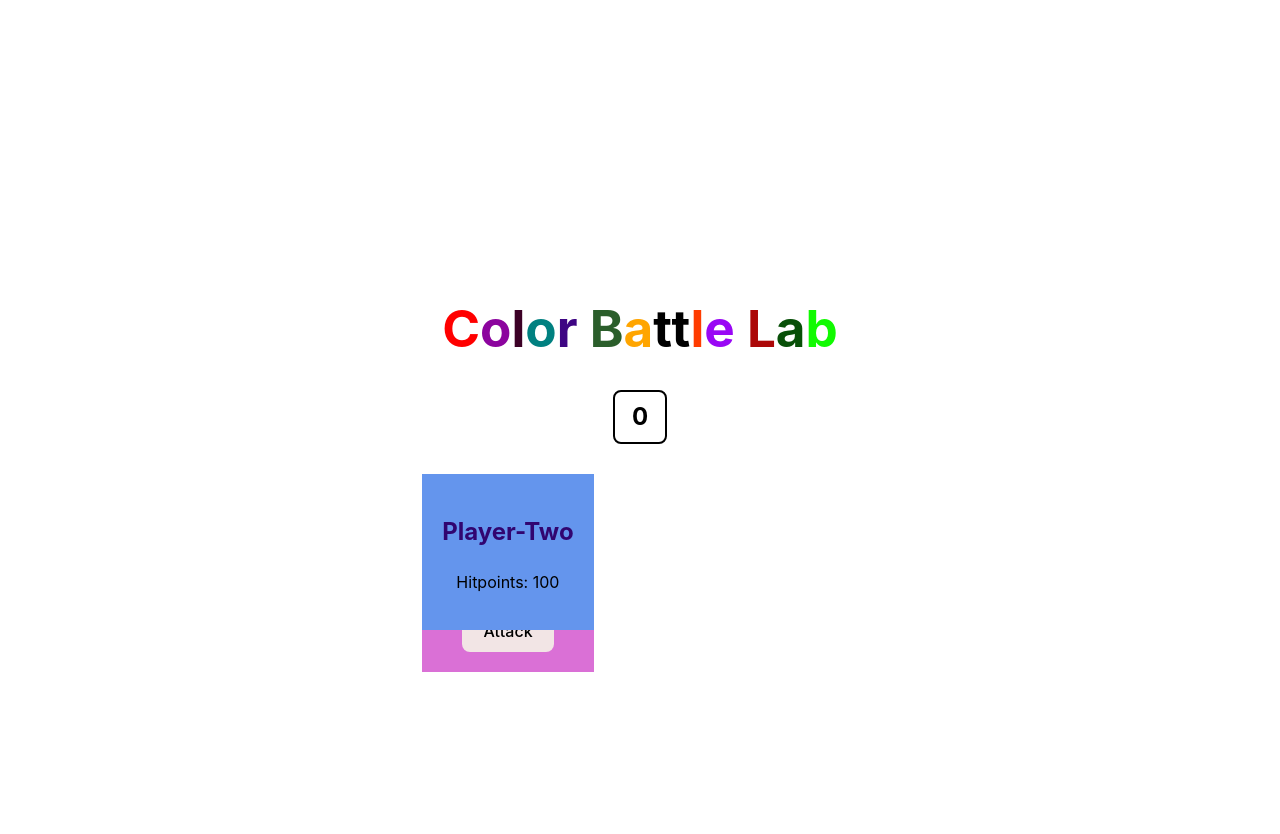
Repository: RAWdevX21/color-battle_lab-build
Page: /
The author's editor kept a copy of each file at every save. The page is drawn from the files as they stood at one save, then again after the next save.
The browser window is 1280 px wide. The pictures show the whole page.
The project was rebuilt for these pictures with package versions that can differ from the ones it lists, and the page was loaded fresh each time. Also part of the build but not shown: vite.config.js.

Above is the page before, as saved 2023-08-17 03:02:52.

After the next save:
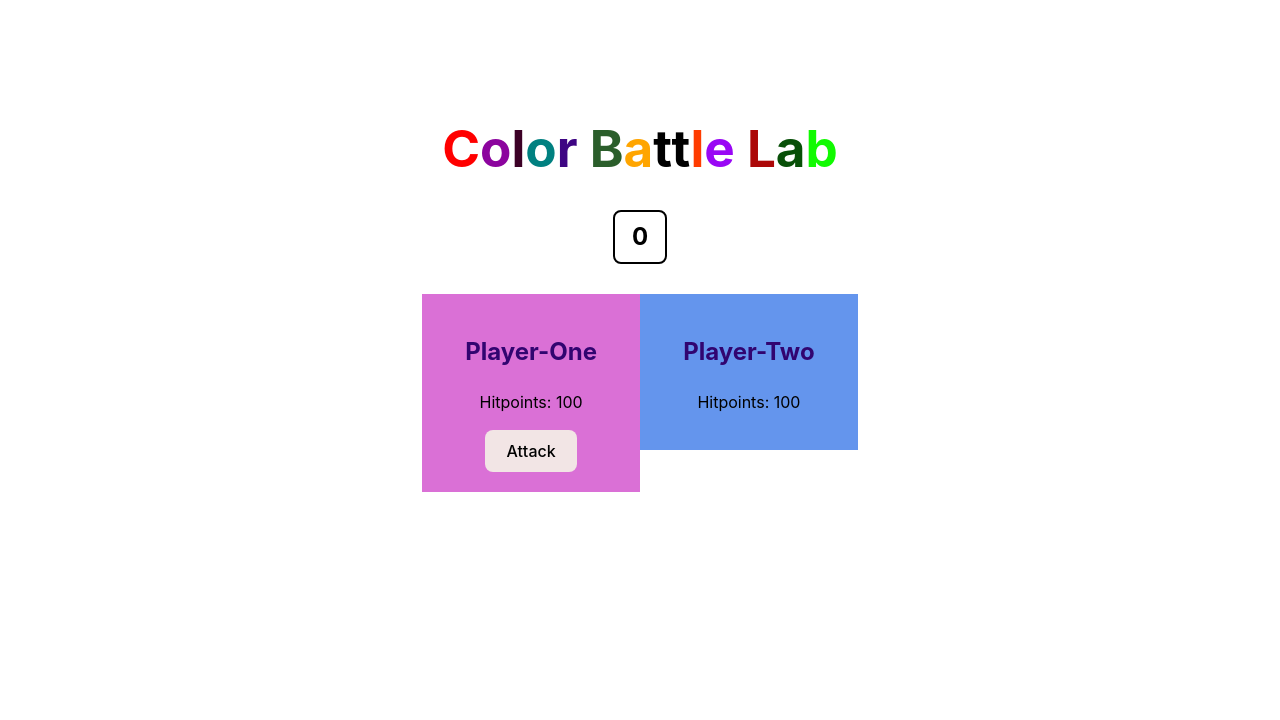
Saved 2 min 34 s later.
--- a/src/App.css
+++ b/src/App.css
@@ -9,15 +9,11 @@ h2 {
 }
 
 .players-container {
-  position: relative;
   display: flex;
   align-items: stretch;
 }
 
 .player-wrapper {
-  position: absolute;
-  top: 0;
-  left: 50;
   flex: 1;
   height: 50vh;
   min-height: 50vh;
